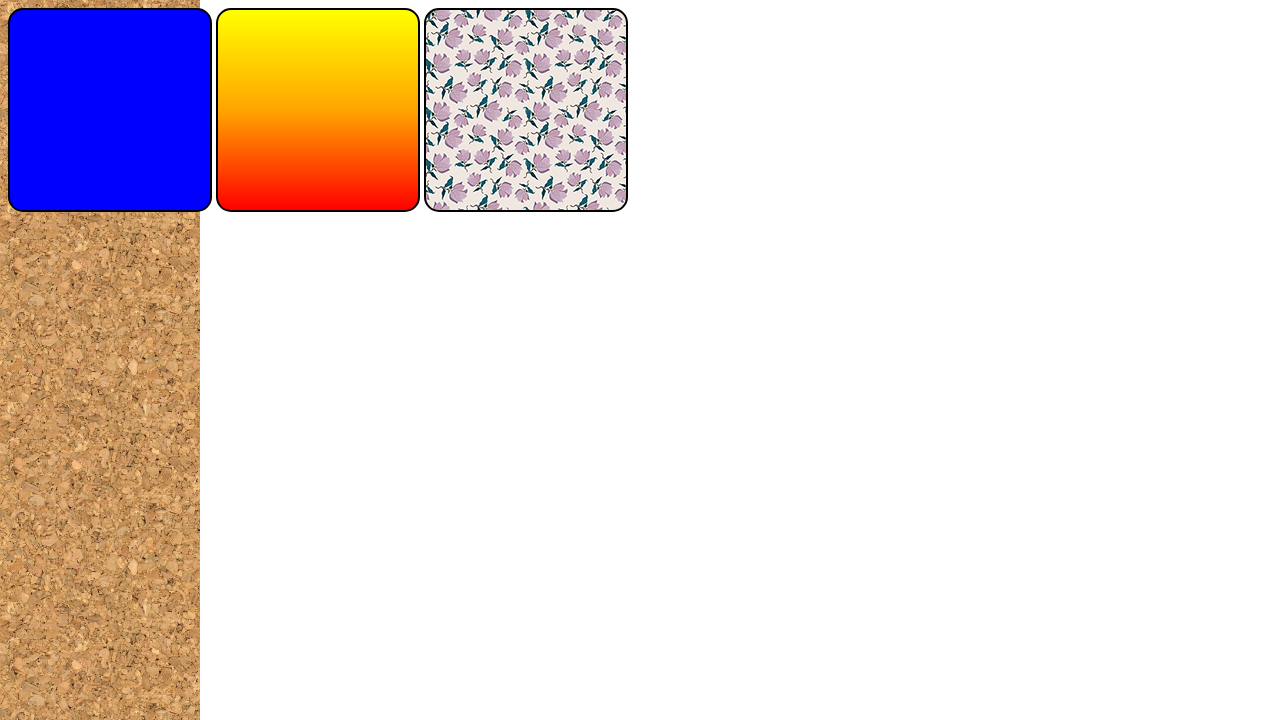
Repository: ErikMesquita/html
Page: exercícios/ex023/index.html
The author's editor kept a copy of each file at every save. The page is drawn from the files as they stood at one save, then again after the next save.
The browser window is 1280 px wide. The pictures show the whole page.

Above is the page before, as saved 2023-09-06 09:14:27.

### exercícios/ex023/index.html
<!DOCTYPE html>
<html lang="pt-br">
<head>
    <meta charset="UTF-8">
    <meta name="viewport" content="width=device-width, initial-scale=1.0">
    <title>Colocando imagens de fundo</title>
    <style>
        body {
    background-image: url("imagens/pattern001.png");
    background-repeat: repeat-y;
    background-size: 200px;

}
body {
    background-image: url('imagens/wallpaper001.jpg');
}

div.quadrado {
    display: inline-block;
}

#primeira {
    width: 200px;
    height: 200px;
    background-color: blue;
    border: 2px solid black;
    border-radius: 15px;
}



#segunda {
    width: 200px;
    height: 200px;
    background-image: linear-gradient(to bottom, yellow, orange, red);
    border: 2px solid black;
    border-radius: 15px;
}

#terceira {
    width: 200px;
    height: 200px;
    background-image: url('imagens/pattern003.png');
    border: 2px solid black;
    border-radius: 15px;

}
    </style>
</head>
<body>
    <div class="quadrado" id="primeira">

    </div>

    <div class="quadrado" id="segunda">

    </div>

    <div class="quadrado" id="terceira">

    </div>
</body>
</html>

After the next save:
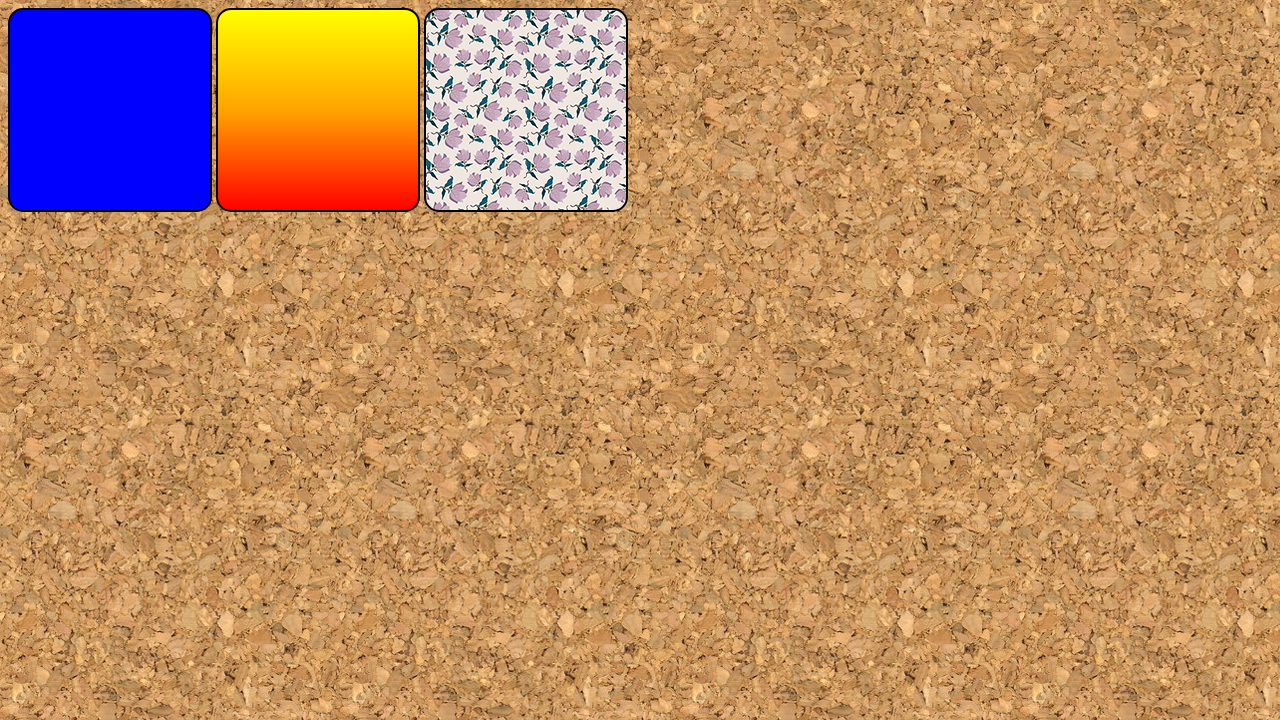
Saved 1 s later.
--- a/exercícios/ex023/index.html
+++ b/exercícios/ex023/index.html
@@ -5,12 +5,7 @@
     <meta name="viewport" content="width=device-width, initial-scale=1.0">
     <title>Colocando imagens de fundo</title>
     <style>
-        body {
-    background-image: url("imagens/pattern001.png");
-    background-repeat: repeat-y;
-    background-size: 200px;
 
-}
 body {
     background-image: url('imagens/wallpaper001.jpg');
 }
